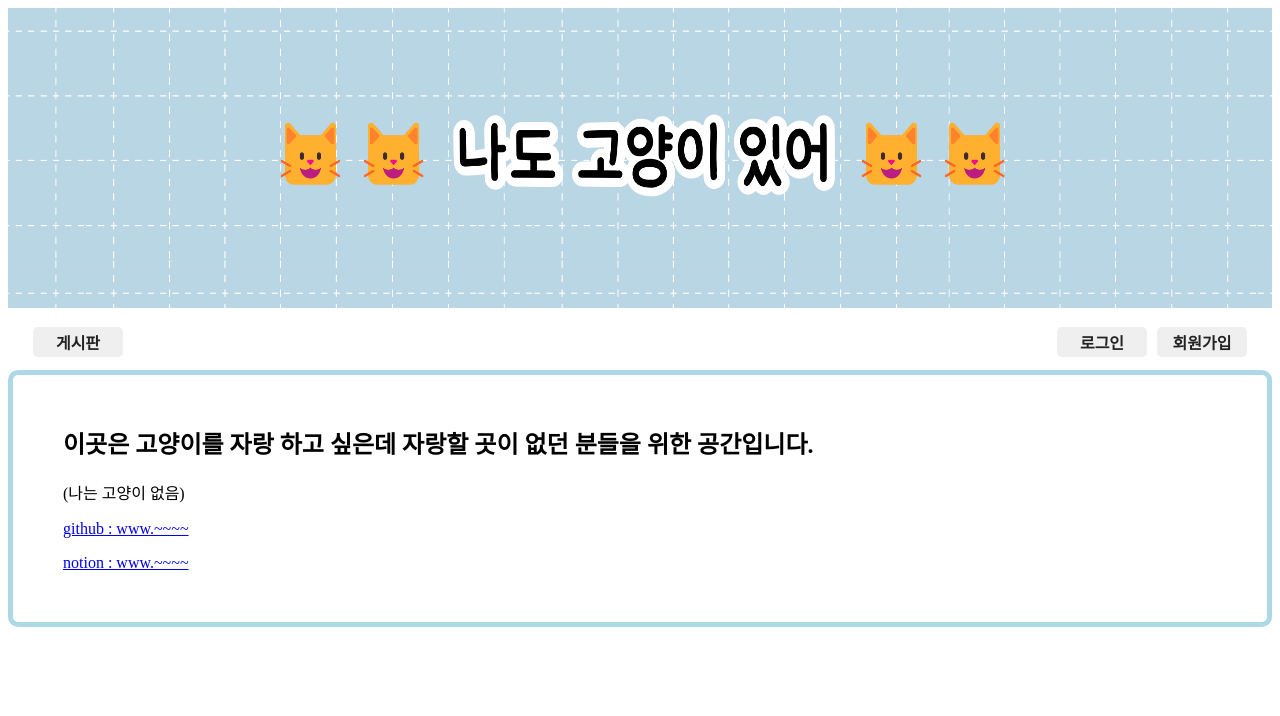
Repository: hh7711/Goit
Page: http://localhost/Goit/WEB-INF/views/mainPage.jsp
An editor plug-in stored every save of this project. The page is shown before and after the next save, followed by the edit.
The browser window is 1280 px wide. The pictures show the whole page.
Some web fonts or font styles are not loaded; a fallback is used. The page is served by Tomcat 9. Nobody is signed in. The template is opened directly, without the code that normally fills it, so the values that code supplies are empty.

Above is the page before, as saved 2023-08-03 06:34:30.

After the next save:
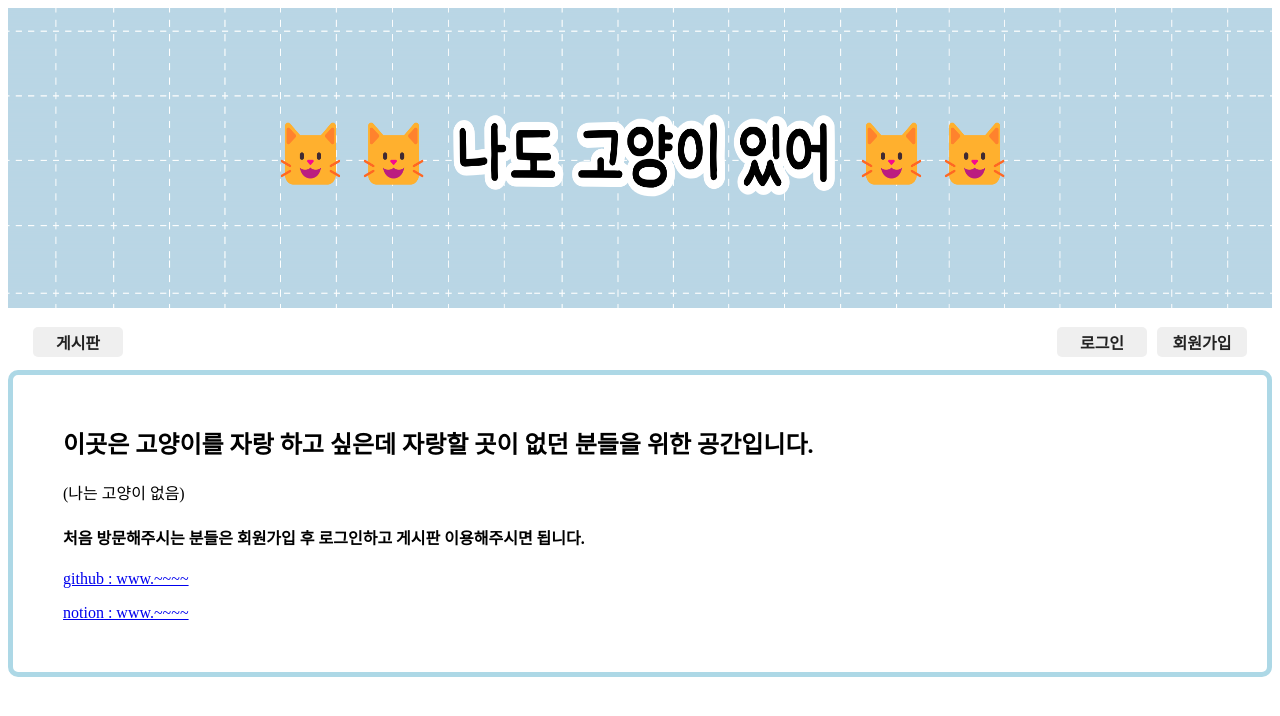
Saved 101 s later.
--- a/Goit/src/main/webapp/WEB-INF/views/mainPage.jsp
+++ b/Goit/src/main/webapp/WEB-INF/views/mainPage.jsp
@@ -80,6 +80,7 @@
 <!-- 					<img alt="오류" src="resources/main/main9.gif" width="100%"> -->
 					<h2>이곳은 고양이를 자랑 하고 싶은데 자랑할 곳이 없던 분들을 위한 공간입니다.</h2>
 					(나는 고양이 없음)
+					<h4>처음 방문해주시는 분들은 회원가입 후 로그인하고 게시판 이용해주시면 됩니다.</h4>
 
 					<p><a href="#">github : www.~~~~</a></p>
 					<p><a href="#">notion : www.~~~~</a></p>
